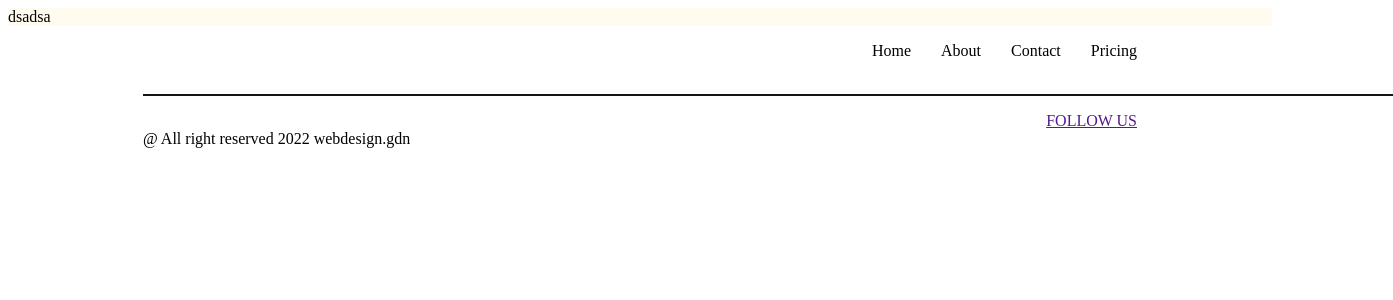
Repository: ngocphuocha/4lifeteam-marketing-agency
Page: index.html
The author's editor kept a copy of each file at every save. The page is drawn from the files as they stood at one save, then again after the next save.
The browser window is 1280 px wide. The page is 1393 px wide, so the pictures cover 1393 px, including what lies to the right of the window. The pictures show the whole page.

Above is the page before, as saved 2023-03-13 15:20:48.

### index.html
<!DOCTYPE html>
<html lang="en">
  <head>
    <meta charset="UTF-8" />
    <meta http-equiv="X-UA-Compatible" content="IE=edge" />
    <meta name="viewport" content="width=device-width, initial-scale=1.0" />
    <title>Landing page</title>
    <!-- hoang nhi css -->
    <link rel="stylesheet" href="css/footer-service.css" />
    <link rel="stylesheet" href="https://use.fontawesome.com/releases/v5.15.4/css/all.css" integrity="sha384-DyZ88mC6Up2uqS4h/KRgHuoeGwBcD4Ng9SiP4dIRy0EXTlnuz47vAwmeGwVChigm" crossorigin="anonymous"/>
  </head>
  <body>
    <!-- Our service (Hoang nhi) -->

    <!--  our service (hoang nhi) -->
  </body>


    <div class="background-footer">
          <!-- <div class="footer-text">@ All right reserved 2022 webdesign.gdn</div> -->
          <div class="list-left">
            <a>dsadsa</a>
          </div>
          <div class="list-right">
            <ul>
              <li>
                <a>Home</a>
              </li>
              <li>
                <a>About</a>
              </li>
              <li>
                <a>Contact</a>
              </li>
              <li>
                <a>Pricing</a>
              </li>
            </ul>
          </div>
          <div class="navbar">
            <a style="color: white;">dsadsa</a>
          </div>
          <div class="footer-text">
            <a>@ All right reserved 2022 webdesign.gdn</a>
          </div>
          <div class="footer-icons">
            <ul>
              <li>
                <a href="">FOLLOW US</a>
              </li>
              <li>
                <a href=""></a>
              </li>
              <li>
                <a href=""></a>
              </li>
              <li>
                <a href=""></a>
              </li>
            </ul>
          </div>
    </div>
</html>

### css/footer-service.css


.background-footer{
    width: 100%;
    background: #FFFBEF;
}

.background-footer .footer-text{
    margin-left: 135px;
}



.background-footer .list-right{
   float: right;
}

.background-footer .list-right ul{
   display: flex;
   list-style: none;
   margin-right: 135px;
 }
 .background-footer .list-right ul li{
    padding-left: 30px;
  }

  .background-footer .navbar{
    float: left;
    border-bottom: 2px solid rgba(5, 5, 5, 0.938);
    width: 1250px;
    margin-left: 135px;
    margin-right: 135px;
 }
 .background-footer .footer-text{
    float: left;
    padding-top: 34px;
 }
 .background-footer .footer-text a{
 }

 .background-footer .footer-icons{
    float: right;
 }

 .background-footer .footer-icons ul{
    display: flex;
    list-style: none;
    margin-right: 135px;
 }

After the next save:
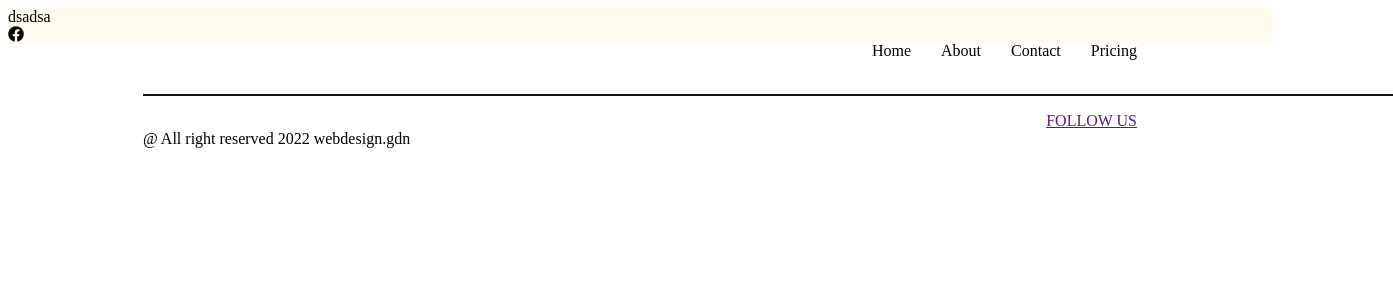
Saved 51 s later.
--- a/index.html
+++ b/index.html
@@ -59,5 +59,6 @@
               </li>
             </ul>
           </div>
+          <i class="fab fa-facebook"></i>
     </div>
 </html>

After the save that followed:
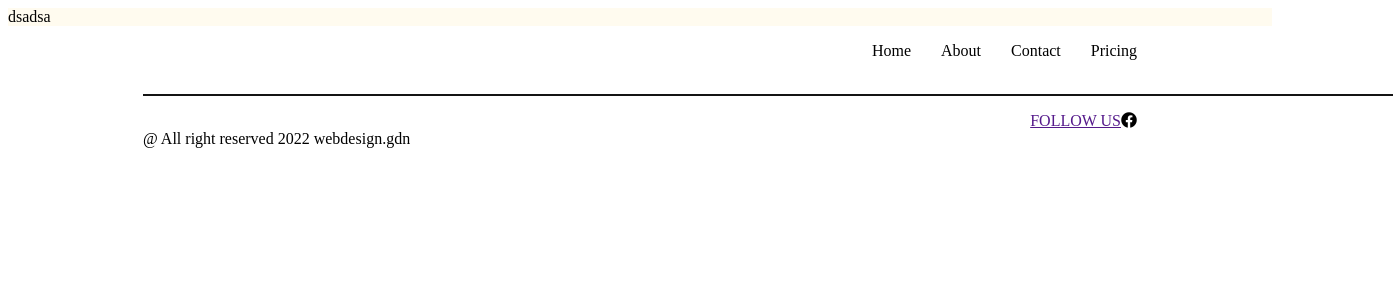
Saved 12 s later.
--- a/index.html
+++ b/index.html
@@ -49,7 +49,7 @@
                 <a href="">FOLLOW US</a>
               </li>
               <li>
-                <a href=""></a>
+                <i class="fab fa-facebook"></i>
               </li>
               <li>
                 <a href=""></a>
@@ -59,6 +59,6 @@
               </li>
             </ul>
           </div>
-          <i class="fab fa-facebook"></i>
+
     </div>
 </html>
